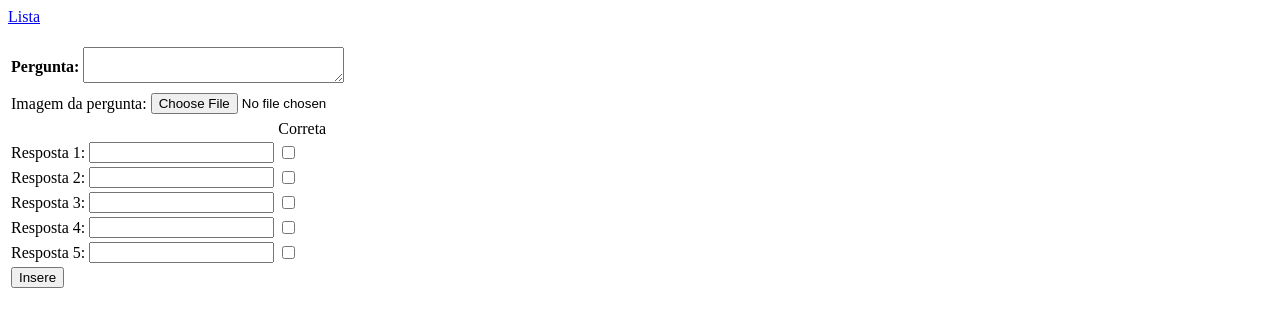
Repository: yagotome/ClickTrauma
Page: http://localhost/ClickTrauma/WEB-INF/views/pergunta/cadastro.jsp
An editor plug-in stored every save of this project. The page is shown before and after the next save, followed by the edit.
The browser window is 1280 px wide. The pictures show the whole page.
The page is served by Tomcat 9. Nobody is signed in. The template is opened directly, without the code that normally fills it, so the values that code supplies are empty.

Above is the page before, as saved 2016-05-07 18:50:32.

After the next save:
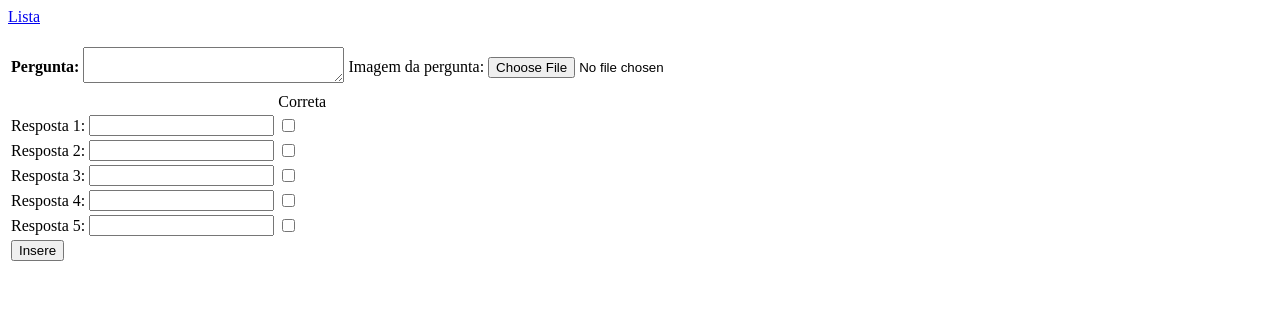
Saved 33 s later.
--- a/WebService/ClickTrauma/WebContent/WEB-INF/views/pergunta/cadastro.jsp
+++ b/WebService/ClickTrauma/WebContent/WEB-INF/views/pergunta/cadastro.jsp
@@ -20,10 +20,6 @@
 			<tr>
 				<td><label for="pergunta"><b>Pergunta:</b></label></td>
 				<td><textarea rows="2" cols="30" name="texto" id="pergunta" required></textarea></td>
-			</tr>
-		</table>
-		<table>
-			<tr>
 				<td><label for="arq">Imagem da pergunta:</label></td>
 				<td><input type="file" id="arq" name="file" required></td>
 			</tr>
